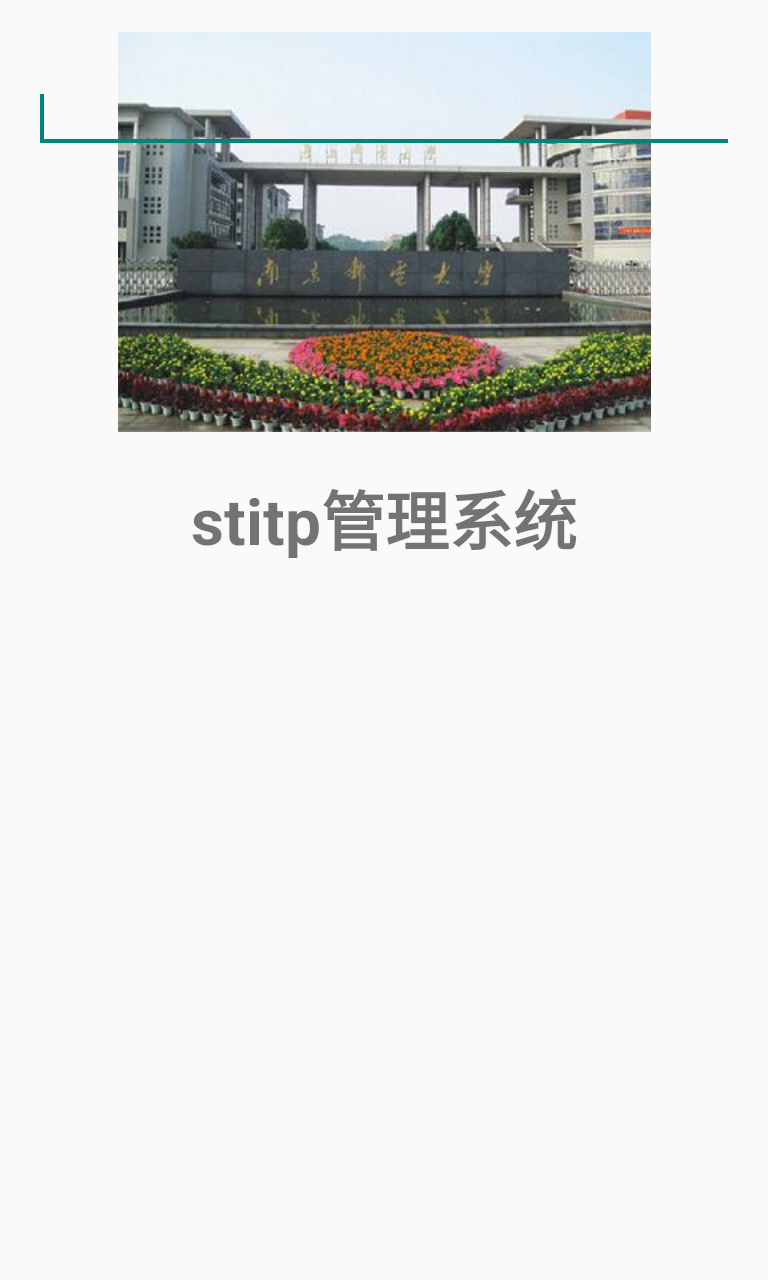
Repository: weizhaopeng/zhou_stitp
Layout: workspace/zhou/res/layout/fragment_main.xml
The author's editor kept a copy of each file at every save. The layout is drawn from the files as they stood at one save, then again after the next save.
It is drawn on a 768 x 1280 px phone screen (xhdpi) without system bars, with theme AppTheme; the app's code is not run.

Above is the layout before, as saved 2018-11-28 02:54:32.

### workspace/zhou/res/layout/fragment_main.xml
<RelativeLayout xmlns:android="http://schemas.android.com/apk/res/android"
    xmlns:tools="http://schemas.android.com/tools"
    android:layout_width="match_parent"
    android:layout_height="match_parent"
    android:paddingBottom="@dimen/activity_vertical_margin"
    android:paddingLeft="@dimen/activity_horizontal_margin"
    android:paddingRight="@dimen/activity_horizontal_margin"
    android:paddingTop="@dimen/activity_vertical_margin"
    tools:context="com.example.zhou.MainActivity$PlaceholderFragment" >

    <ImageView android:contentDescription="主界面中的南邮图片"
        android:id="@+id/main_njupt"
        android:layout_width="match_parent"
        android:layout_height="wrap_content"
        android:layout_alignParentTop="true"
        android:layout_centerHorizontal="true"
        android:src="@drawable/njupt"
        />

    <TextView
        android:id="@+id/main_title"
        android:layout_width="wrap_content"
        android:layout_height="wrap_content"
        android:layout_below="@+id/main_njupt"
        android:layout_centerHorizontal="true"
        android:layout_marginTop="19dp"
        android:text="@string/main_title"
        android:textSize="32sp"
        android:textStyle="bold"
        />
		<!-- 宽度跟随内容 -->
		<!-- 高度跟随内容 -->
		<!-- 布局在main_njupt下方-->
		<!-- 水平居中-->
		<!-- 顶部的空白是19dp-->
		<!-- 文本内容-->
		<!-- 文本大小-->
		<!-- 文本加粗-->

	<LinearLayout
	    android:layout_width="match_parent"
	    android:layout_height="wrap_content"
	    android:orientation="horizontal">
	    <EditText
		    android:id="@+id/main_input1"
		    android:layout_width="match_parent"
		    android:layout_height="wrap_content"
		    android:layout_alignParentLeft="true"
		    android:layout_below="@+id/main_title"
		    android:layout_marginTop="21dp"
		    android:ems="10" >

	    <requestFocus />
	</EditText>
	</LinearLayout>



</RelativeLayout>

### workspace/zhou/res/values/strings.xml
<?xml version="1.0" encoding="utf-8"?>
<resources>

    <string name="app_name">zhou</string>
    <string name="main_title">stitp管理系统</string>
    <string name="action_settings">Settings</string>

</resources>

Loaded but not shown: workspace/zhou/res/values/styles.xml (common file); workspace/zhou/res/values-v11/styles.xml (common file); workspace/zhou/res/values-v14/styles.xml (common file); workspace/zhou/res/values/dimens.xml (common file); workspace/zhou/res/values-w820dp/dimens.xml (common file)

After the next save:
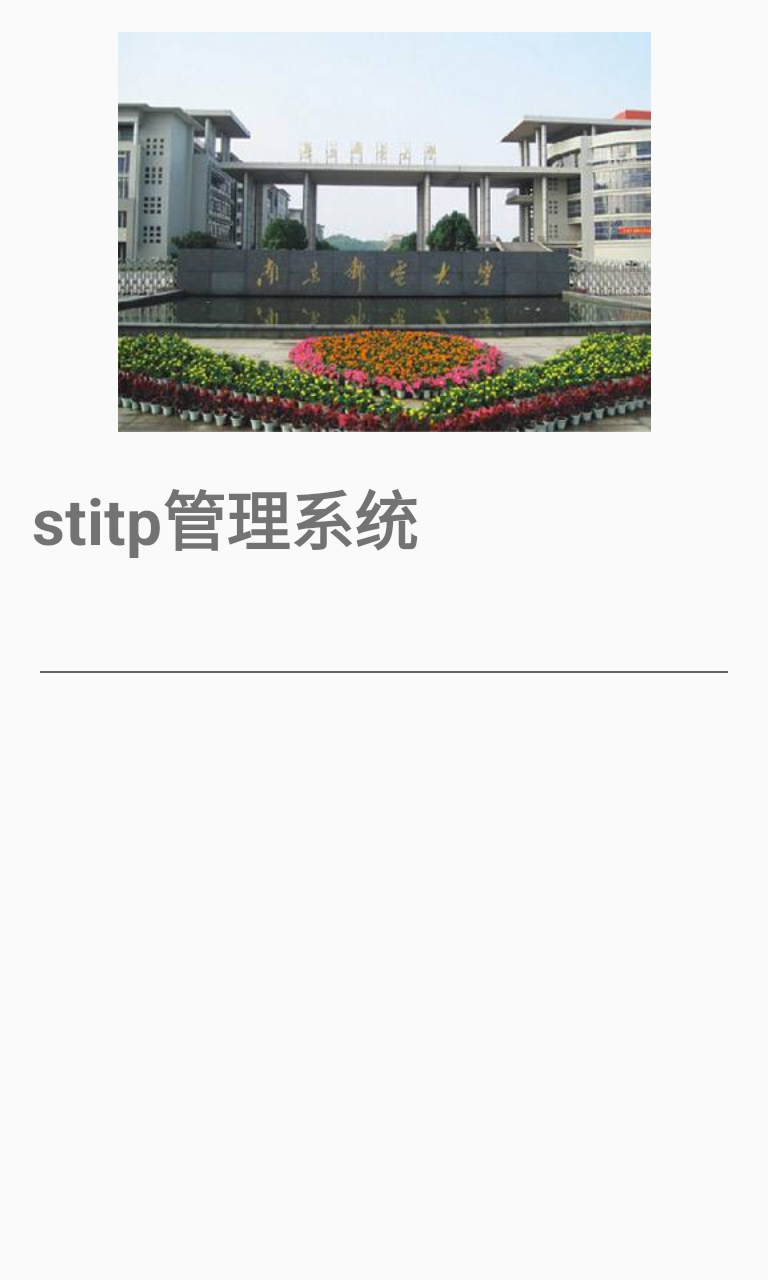
Saved 118 s later.
--- a/workspace/zhou/res/layout/fragment_main.xml
+++ b/workspace/zhou/res/layout/fragment_main.xml
@@ -8,50 +8,49 @@
     android:paddingTop="@dimen/activity_vertical_margin"
     tools:context="com.example.zhou.MainActivity$PlaceholderFragment" >
 
-    <ImageView android:contentDescription="主界面中的南邮图片"
-        android:id="@+id/main_njupt"
-        android:layout_width="match_parent"
-        android:layout_height="wrap_content"
-        android:layout_alignParentTop="true"
-        android:layout_centerHorizontal="true"
-        android:src="@drawable/njupt"
-        />
 
-    <TextView
-        android:id="@+id/main_title"
-        android:layout_width="wrap_content"
-        android:layout_height="wrap_content"
-        android:layout_below="@+id/main_njupt"
-        android:layout_centerHorizontal="true"
-        android:layout_marginTop="19dp"
-        android:text="@string/main_title"
-        android:textSize="32sp"
-        android:textStyle="bold"
-        />
-		<!-- 宽度跟随内容 -->
-		<!-- 高度跟随内容 -->
-		<!-- 布局在main_njupt下方-->
-		<!-- 水平居中-->
-		<!-- 顶部的空白是19dp-->
-		<!-- 文本内容-->
-		<!-- 文本大小-->
-		<!-- 文本加粗-->
 
 	<LinearLayout
 	    android:layout_width="match_parent"
 	    android:layout_height="wrap_content"
-	    android:orientation="horizontal">
-	    <EditText
+	    android:orientation="vertical">
+		<ImageView
+		    android:id="@+id/main_njupt"
+		    android:layout_width="match_parent"
+		    android:layout_height="wrap_content"
+		    android:contentDescription="主界面中的南邮图片"
+		    android:src="@drawable/njupt" />
+
+    	<TextView
+	        android:id="@+id/main_title"
+	        android:layout_width="wrap_content"
+	        android:layout_height="wrap_content"
+	        android:layout_below="@+id/main_njupt"
+	        android:layout_centerHorizontal="true"
+	        android:layout_marginTop="19dp"
+	        android:text="@string/main_title"
+	        android:textSize="32sp"
+	        android:textStyle="bold"
+	        />
+			<!-- 宽度跟随内容 -->
+			<!-- 高度跟随内容 -->
+			<!-- 布局在main_njupt下方-->
+			<!-- 水平居中-->
+			<!-- 顶部的空白是19dp-->
+			<!-- 文本内容-->
+			<!-- 文本大小-->
+			<!-- 文本加粗-->
+
+		<EditText
 		    android:id="@+id/main_input1"
 		    android:layout_width="match_parent"
 		    android:layout_height="wrap_content"
-		    android:layout_alignParentLeft="true"
+		    android:layout_alignLeft="@+id/main_njupt"
 		    android:layout_below="@+id/main_title"
 		    android:layout_marginTop="21dp"
-		    android:ems="10" >
+		    android:ems="10"
+		    />
 
-	    <requestFocus />
-	</EditText>
 	</LinearLayout>
 
 
